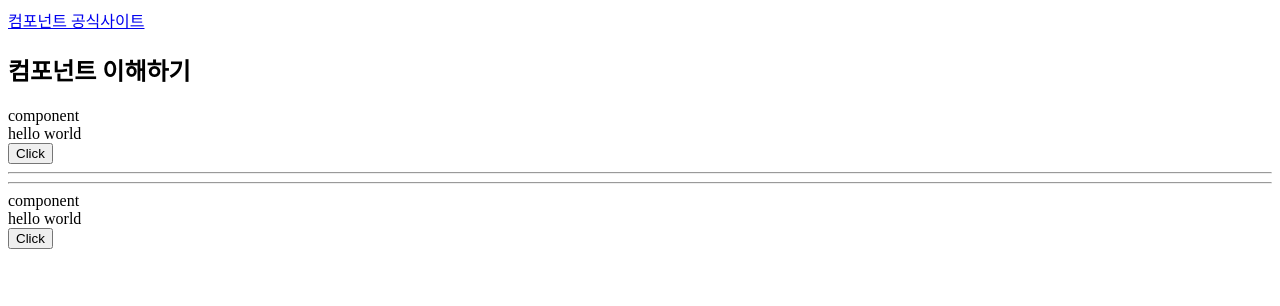
Repository: RyuGeunHwan/code_J
Page: Vuejs/22-08-10 vuejs Vue컴포넌트.html
The author's editor kept a copy of each file at every save. The page is drawn from the files as they stood at one save, then again after the next save.
The browser window is 1280 px wide. The pictures show the whole page.

Above is the page before, as saved 2022-08-11 09:06:21.

After the next save:
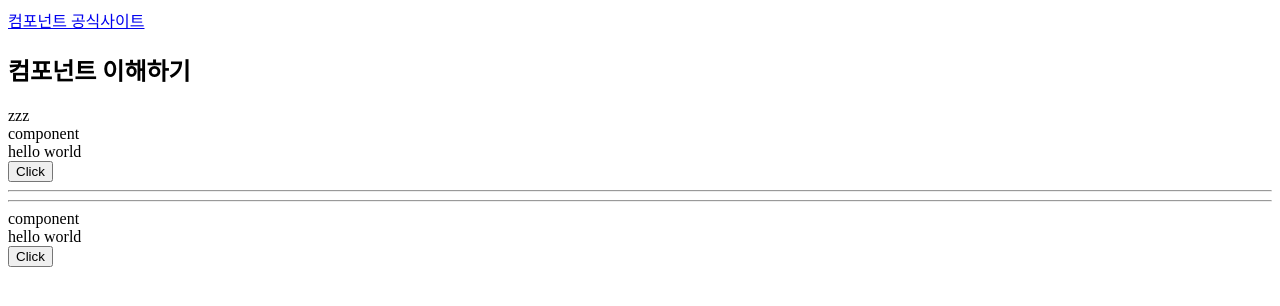
Saved 3 min 2 s later.
--- a/Vuejs/22-08-10 vuejs Vue컴포넌트.html
+++ b/Vuejs/22-08-10 vuejs Vue컴포넌트.html
@@ -11,7 +11,7 @@
     <a href="https://kr.vuejs.org/v2/guide/components.html#%EC%A0%84%EC%97%AD-%EB%93%B1%EB%A1%9D">컴포넌트 공식사이트</a>
     <div id="component">
         <h2>컴포넌트 이해하기</h2>
-        <componentExplanation></componentExplanation>
+        <componentExplanation>zzz</componentExplanation>
     </div>
     <div id="app">
         <!-- {{name}} <br>

After the save that followed:
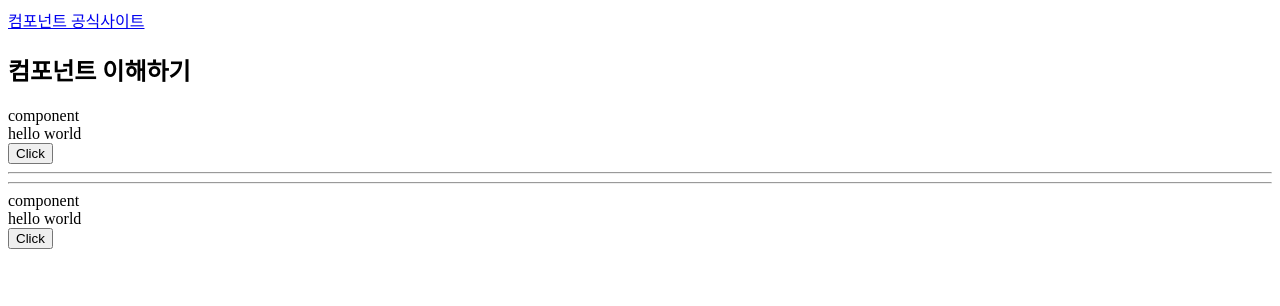
Saved 77 s later.
--- a/Vuejs/22-08-10 vuejs Vue컴포넌트.html
+++ b/Vuejs/22-08-10 vuejs Vue컴포넌트.html
@@ -11,7 +11,7 @@
     <a href="https://kr.vuejs.org/v2/guide/components.html#%EC%A0%84%EC%97%AD-%EB%93%B1%EB%A1%9D">컴포넌트 공식사이트</a>
     <div id="component">
         <h2>컴포넌트 이해하기</h2>
-        <componentExplanation>zzz</componentExplanation>
+        <componentExplanation></componentExplanation>
     </div>
     <div id="app">
         <!-- {{name}} <br>
@@ -71,7 +71,7 @@
             template:
             `<div>
                 <p>컴포넌트 전역으로 등록해서 이용하기</p><br>
-                {{componentExplanation}}
+                <p>{{componentExplanation}}</p>
             </div>`
             ,
             data(){
